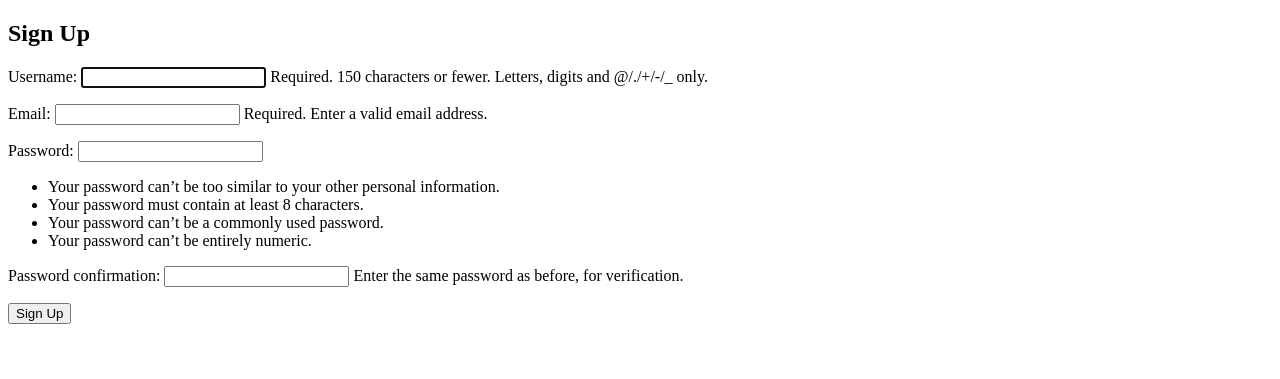
Repository: AchuVinod/miniblog
Page: http://localhost/signup/
These files come from the project's save history. The page is drawn as it stood at one moment and after the next save; the edit follows.
The browser window is 1280 px wide. The pictures show the whole page.
The page is served by the project's application, run on Django 5.2 (manage.py). Other server files are loaded and not shown.

Above is the page before, as saved 2024-06-16 17:16:27.

### blog_project/blog/templates/blog/signup.html
<!DOCTYPE html>
<html>
<head>
    <title>Sign Up</title>
</head>
<body>
    <h2>Sign Up</h2>
    <form method="post">
        {% csrf_token %}
        {{ form.as_p }}
        <button type="submit">Sign Up</button>
    </form>
</body>
</html>

### blog_project/blog/forms.py
from django import forms
from django.contrib.auth.models import User
from django.contrib.auth.forms import UserCreationForm

class SignUpForm(UserCreationForm):
    email = forms.EmailField(max_length=254, required=True, help_text='Required. Enter a valid email address.')

    class Meta:
        model = User
        fields = ('username', 'email', 'password1', 'password2')

from django import forms
from .models import Post, Comment

class PostForm(forms.ModelForm):
    class Meta:
        model = Post
        fields = ['title', 'description', 'image']

class CommentForm(forms.ModelForm):
    class Meta:
        model = Comment
        fields = ['text']

### blog_project/blog/views.py
from django.shortcuts import render, get_object_or_404, redirect
from django.contrib.auth import login, authenticate
from django.contrib.auth.decorators import login_required
from django.contrib.auth.forms import AuthenticationForm
from .models import Post, Comment
from .forms import SignUpForm, PostForm, CommentForm
from django.http import HttpResponseForbidden


def signup(request):
    if request.method == 'POST':
        form = SignUpForm(request.POST)
        if form.is_valid():
            form.save()
            username = form.cleaned_data.get('username')
            raw_password = form.cleaned_data.get('password1')
            user = authenticate(username=username, password=raw_password)
            login(request, user)
            return redirect('home')
    else:
        form = SignUpForm()
    return render(request, 'blog/signup.html', {'form': form})

def login_view(request):
    if request.method == 'POST':
        form = AuthenticationForm(request, data=request.POST)
        if form.is_valid():
            username = form.cleaned_data.get('username')
            password = form.cleaned_data.get('password')
            user = authenticate(username=username, password=password)
            if user is not None:
                login(request, user)
                return redirect('home')
    else:
        form = AuthenticationForm()
    return render(request, 'blog/login.html', {'form': form})

def home(request):
    posts = Post.objects.all()
    return render(request, 'blog/home.html', {'posts': posts})

@login_required
def create_post(request):
    if request.method == 'POST':
        form = PostForm(request.POST, request.FILES)
        if form.is_valid():
            post = form.save(commit=False)
            post.author = request.user
            post.save()
            return redirect('home')
    else:
        form = PostForm()
    return render(request, 'blog/create_post.html', {'form': form})

def post_detail(request, pk):
    post = get_object_or_404(Post, pk=pk)
    comments = Comment.objects.filter(post=post)
    if request.method == 'POST':
        form = CommentForm(request.POST)
        if form.is_valid():
            comment = form.save(commit=False)
            comment.author = request.user
            comment.post = post
            comment.save()
            return redirect('post_detail', pk=post.pk)
    else:
        form = CommentForm()
    return render(request, 'blog/post_detail.html', {'post': post, 'comments': comments, 'form': form})

@login_required
def delete_post(request, pk):
    post = get_object_or_404(Post, pk=pk)
    if request.user == post.author:
        post.delete()
        return redirect('home')
    else:
        return HttpResponseForbidden()

### blog_project/blog_project/urls.py
"""
URL configuration for blog_project project.

The `urlpatterns` list routes URLs to views. For more information please see:
    https://docs.djangoproject.com/en/5.0/topics/http/urls/
Examples:
Function views
    1. Add an import:  from my_app import views
    2. Add a URL to urlpatterns:  path('', views.home, name='home')
Class-based views
    1. Add an import:  from other_app.views import Home
    2. Add a URL to urlpatterns:  path('', Home.as_view(), name='home')
Including another URLconf
    1. Import the include() function: from django.urls import include, path
    2. Add a URL to urlpatterns:  path('blog/', include('blog.urls'))
"""
from django.contrib import admin
from django.urls import path, include
from django.conf import settings
from django.conf.urls.static import static

urlpatterns = [
    path('admin/', admin.site.urls),
    path('blog/', include('blog.urls')),
    path('', include('blog.urls')),
]

if settings.DEBUG:
    urlpatterns += static(settings.MEDIA_URL, document_root=settings.MEDIA_ROOT)

### blog_project/blog/urls.py
from django.urls import path
from django.contrib.auth import views as auth_views
from . import views

urlpatterns = [
    path('signup/', views.signup, name='signup'),
    path('login/', views.login_view, name='login'),
    path('logout/', auth_views.LogoutView.as_view(next_page='home'), name='logout'),  # Logout URL
    path('', views.home, name='home'),
    path('post/<int:pk>/', views.post_detail, name='post_detail'),
    path('post/new/', views.create_post, name='create_post'),
    path('post/<int:pk>/delete/', views.delete_post, name='delete_post'),
]

After the next save:
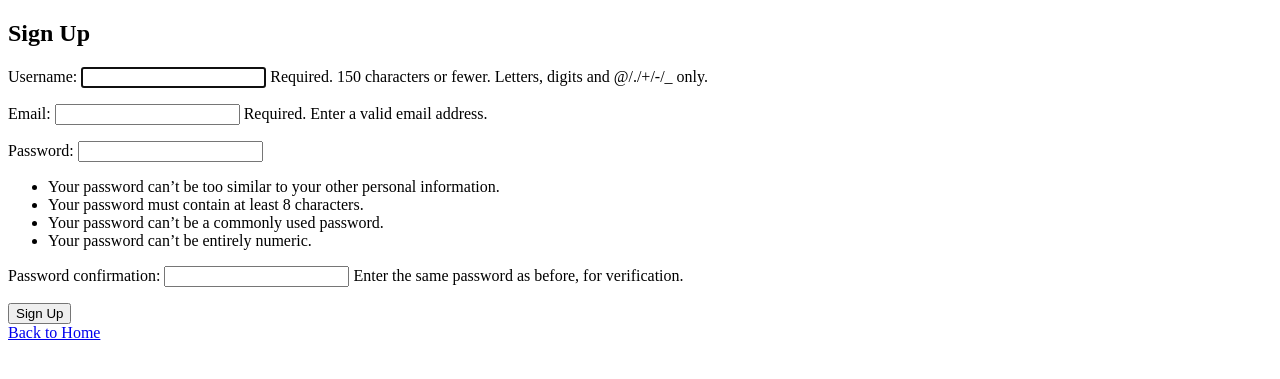
Saved 15 s later.
--- a/blog_project/blog/templates/blog/signup.html
+++ b/blog_project/blog/templates/blog/signup.html
@@ -10,5 +10,6 @@
         {{ form.as_p }}
         <button type="submit">Sign Up</button>
     </form>
+    <a href="{% url 'home' %}">Back to Home</a>
 </body>
 </html>
